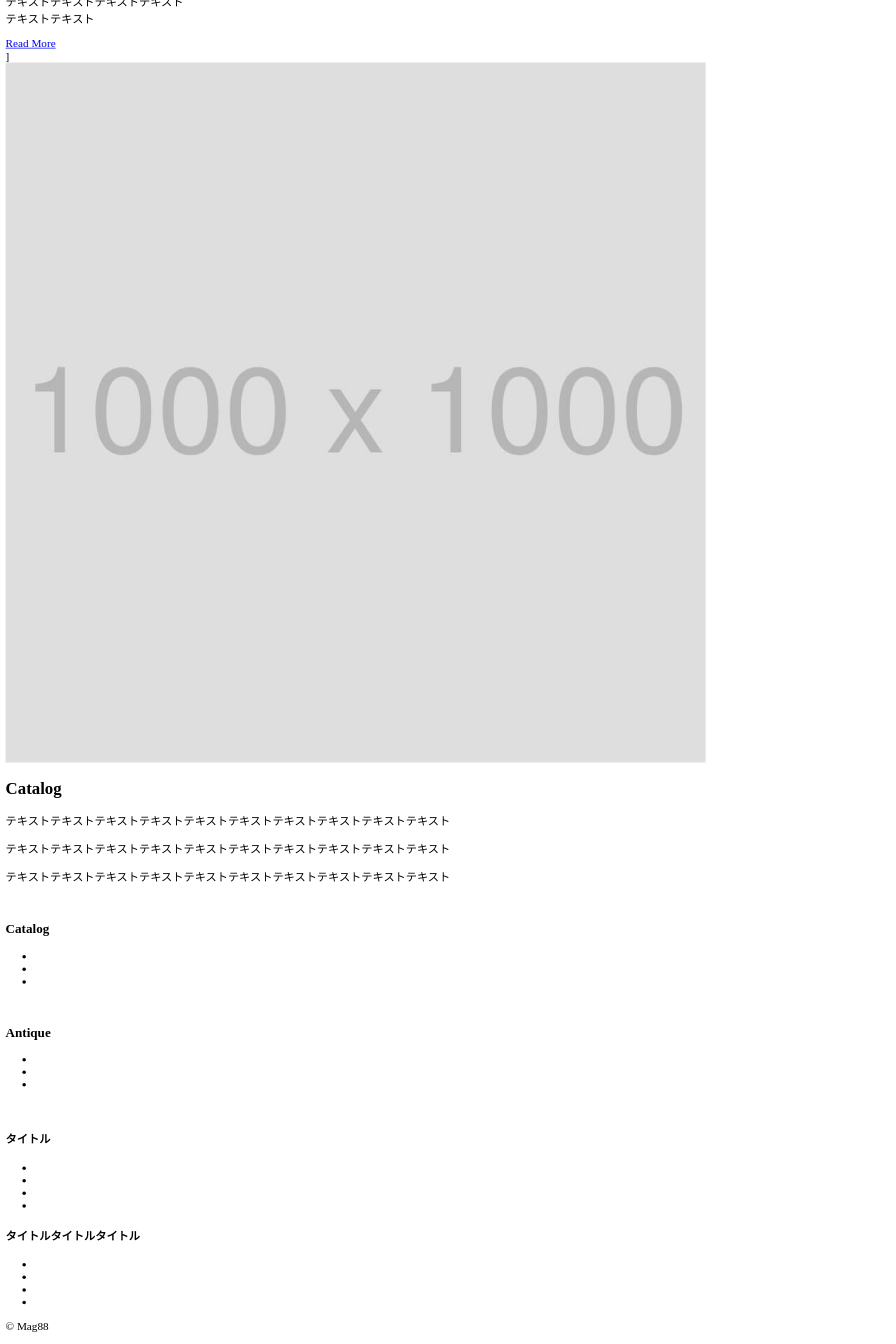
Repository: Fuki-san/bookstore
Page: http://localhost/book
An editor plug-in stored every save of this project. The page is shown before and after a run of saves, followed by the edit.
The browser window is 1280 px wide. The pictures show the part of the page from y = 2475 to 4395 px (the page is 4395 px tall before and 4248 px after), at 70% of full size.
The page is served by the project's Laravel application, run on PHP 8.4 with Laravel 10.

Above is the page before, as saved 2023-11-20 12:21:30.

After the next 2 saves:
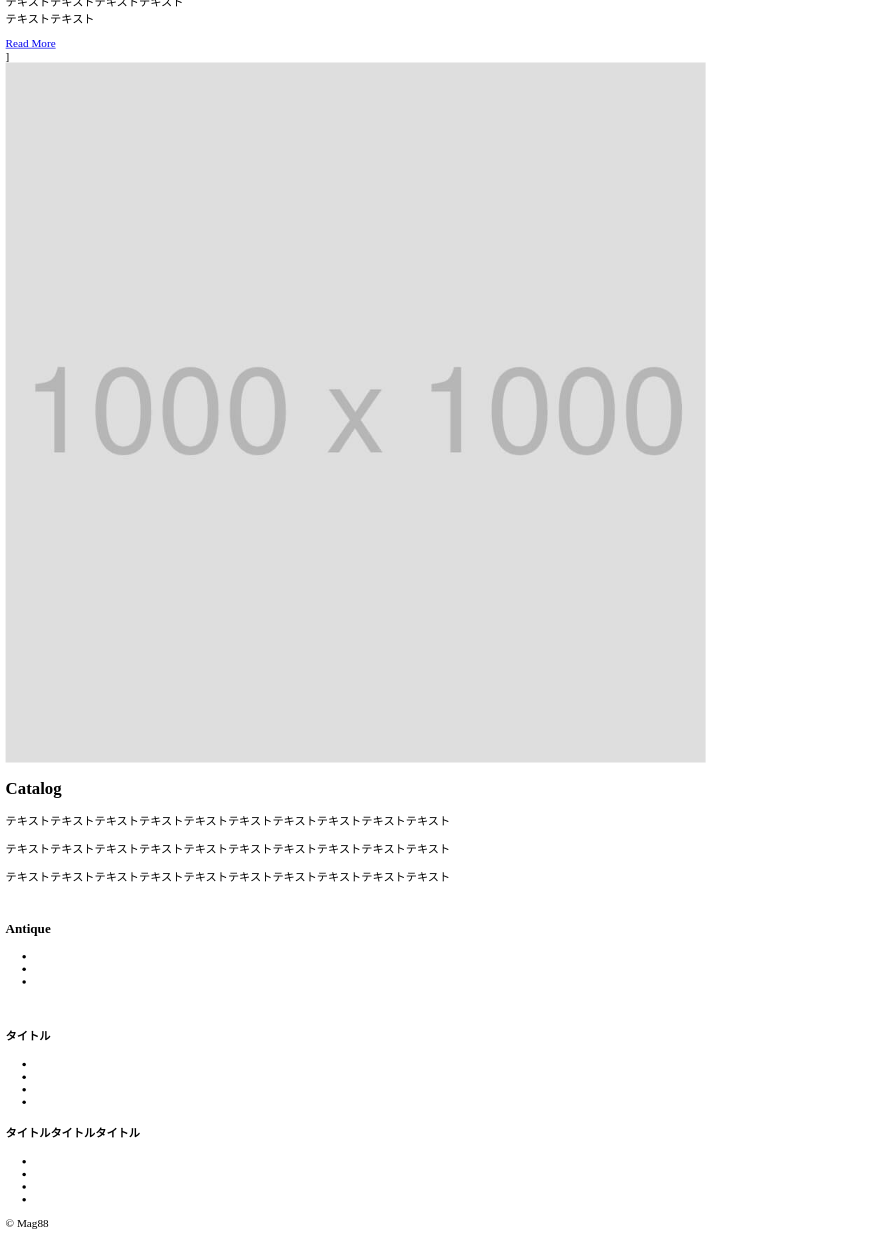
The 2 saves are shown as one change because they came seconds apart.
The last was saved 26 s later.
--- a/resources/views/bookstore.blade.php
+++ b/resources/views/bookstore.blade.php
@@ -58,16 +58,8 @@
                     <p>テキストテキストテキストテキストテキストテキストテキストテキストテキストテキスト</p>
                 </div>
             </div>
+        </section>
 
-
-            <img src="">
-            <h3>Catalog</h3>
-            <ul>
-                <li></li>
-                <li></li>
-                <li></li>
-            </ul>
-        </section>
         <section class="catalog-antique">
             <img src="">
             <h3>Antique</h3>
